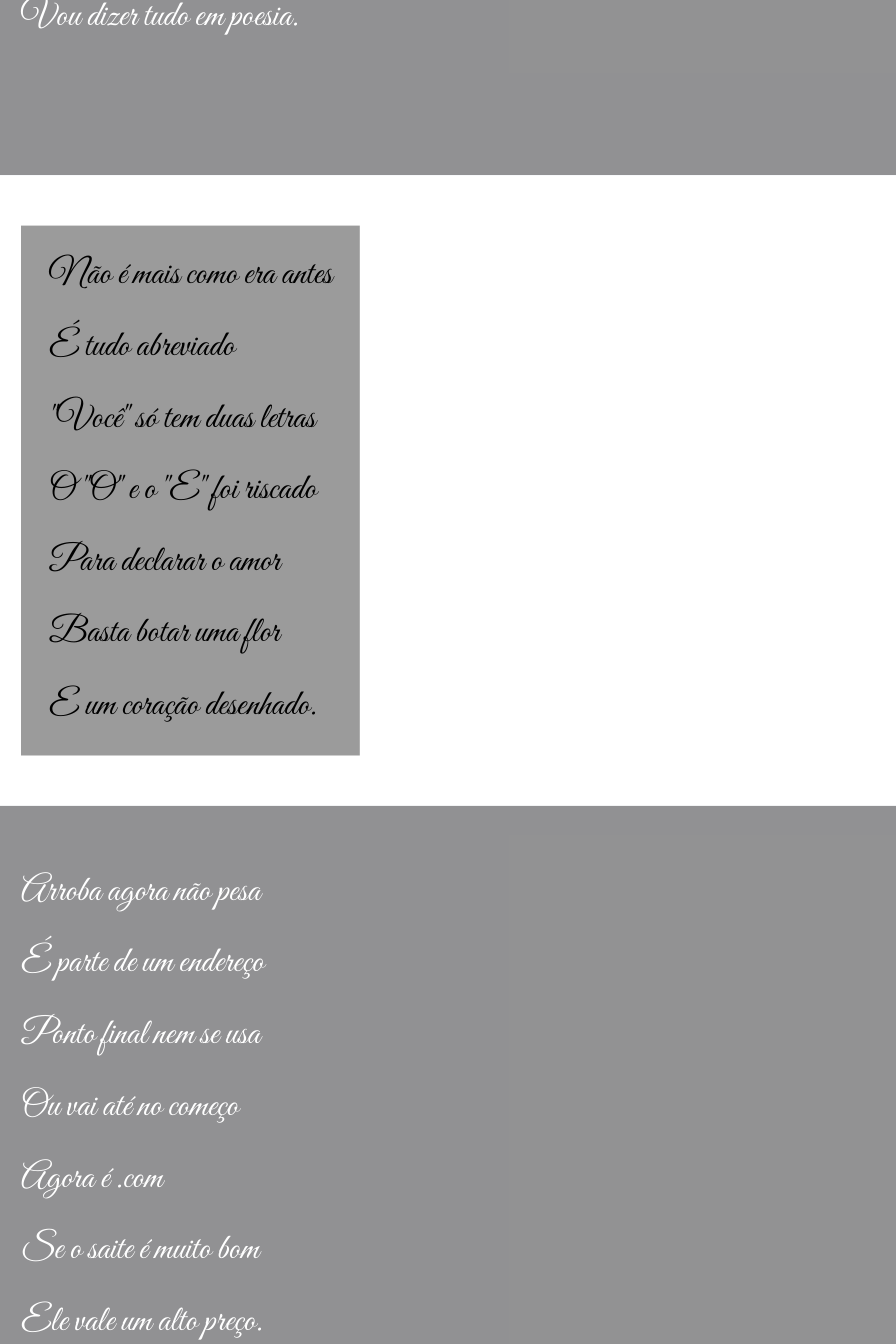
Repository: Lucianorodriguesdev/cursoHTML-CSS
Page: dasafios/index.html
An editor plug-in stored every save of this project. The page is shown before and after the next save, followed by the edit.
The browser window is 1280 px wide. The pictures show the part of the page from y = 986 to 2906 px (the page is 6642 px tall), at 70% of full size.

Above is the page before, as saved 2026-06-17 10:28:14.

After the next save:
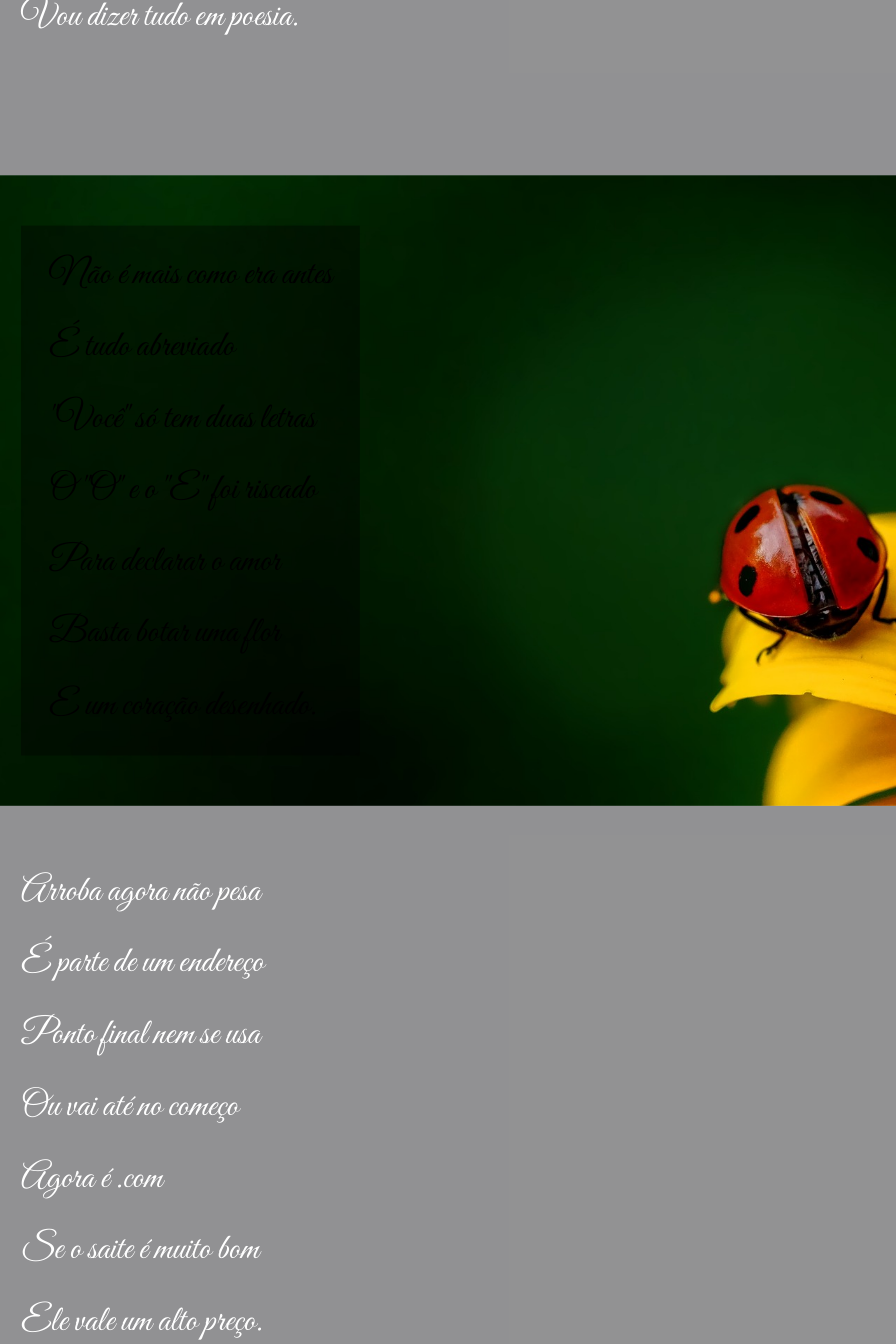
Saved 78 s later.
--- a/dasafios/index.html
+++ b/dasafios/index.html
@@ -26,7 +26,7 @@
 
 
 
-    <section class="imagem" id="01">
+    <section class="imagem" id="img01">
         <p>
             Não é mais como era antes<br>
             É tudo abreviado<br>
@@ -64,7 +64,7 @@
 
 
 
-    <section class="imagem" id="02">
+    <section class="imagem" id="img02">
         <p>
             Tenho saudade das cartas<br>
             Escritas com a própria mão<br>
--- a/dasafios/estilo/style.css
+++ b/dasafios/estilo/style.css
@@ -53,10 +53,10 @@ section.imagem{
     background-color: white;
     color: black;
 }
-section#01{
+section#img01{
     background-image: url('/d012/background001.jpg');
 }
-section#02{
+section#img02{
 background-image: url('/d012/background002.jpg');
 }
 section.imagem>p{
